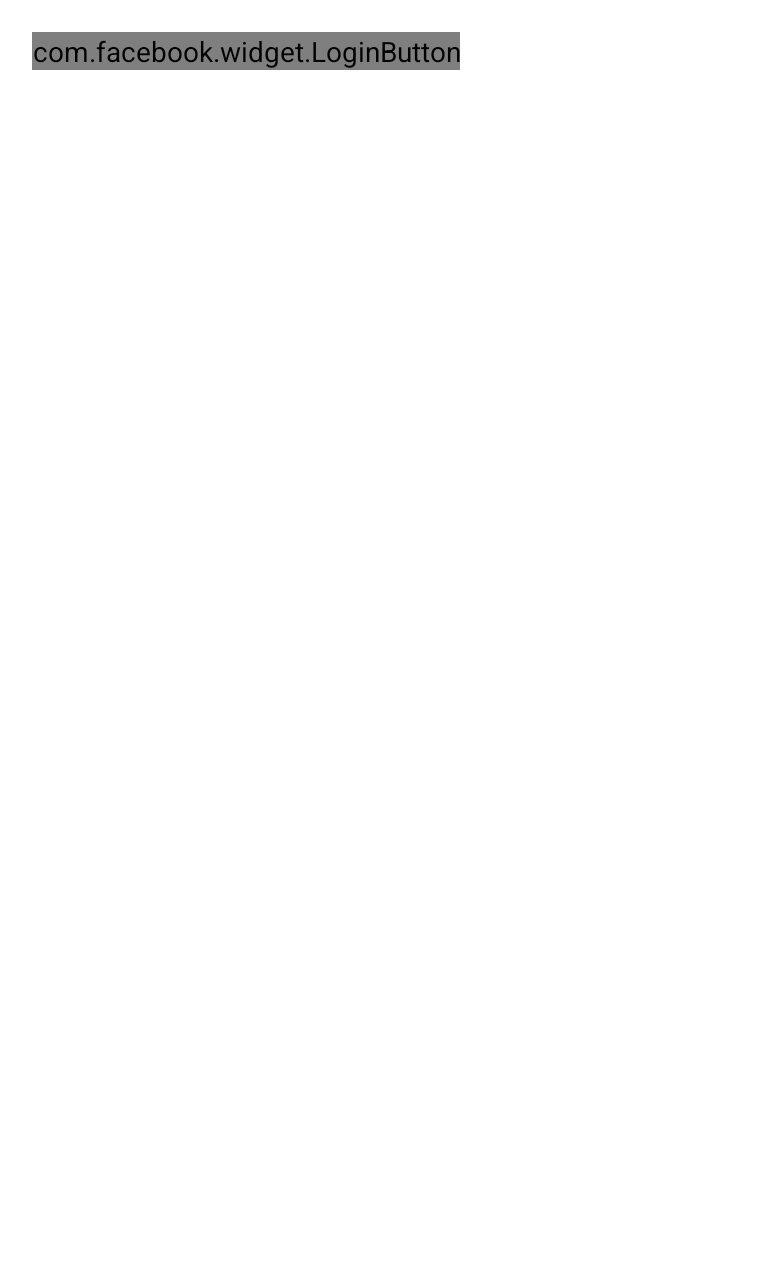
Repository: esteimanuel/ProjectEveryware-Android
Layout: nl.avans.glassy/res/layout/login.xml
An editor plug-in stored every save of this project. The layout is shown before and after the next save, followed by the edit.
Pictures or frames that could not be fetched are drawn as grey boxes. It is drawn on a 768 x 1280 px phone screen (xhdpi) without system bars, with theme AppTheme; the app's code is not run.

Above is the layout before, as saved 2014-04-22 15:56:19.

### nl.avans.glassy/res/layout/login.xml
<?xml version="1.0" encoding="utf-8"?>
<LinearLayout xmlns:android="http://schemas.android.com/apk/res/android"
    xmlns:tools="http://schemas.android.com/tools"
    android:id="@+id/loginFragment"
    android:layout_width="match_parent"
    android:layout_height="match_parent"
    android:paddingBottom="@dimen/activity_vertical_margin"
    android:paddingLeft="@dimen/activity_horizontal_margin"
    android:paddingRight="@dimen/activity_horizontal_margin"
    android:paddingTop="@dimen/activity_vertical_margin"
    android:orientation="vertical"
     >

    <EditText
        android:id="@+id/email"
        android:hint="@string/email"
        android:inputType="textEmailAddress" />

    <EditText
        android:id="@+id/password"
        android:hint="@string/password"
        android:inputType="textPassword" />

    <Button
        android:id="@+id/join"
        android:text="@string/join_action" />

    <com.facebook.widget.LoginButton
        android:id="@+id/facebookLogin"
        android:layout_width="wrap_content"
        android:layout_height="wrap_content" />

</LinearLayout>

### nl.avans.glassy/res/values/strings.xml
<?xml version="1.0" encoding="utf-8"?>
<resources>

    <string name="app_name">Glassy</string>
    <string name="action_settings">Settings</string>
    <string name="email">E-mail</string>
    <string name="password">Password</string>
    <string name="login">Log in</string>
    <string name="register">Register</string>
    <string name="join_action">Join</string>

</resources>

Loaded but not shown: nl.avans.glassy/res/values/styles.xml (common file); nl.avans.glassy/res/values-v11/styles.xml (common file); nl.avans.glassy/res/values-v14/styles.xml (common file); nl.avans.glassy/res/values/dimens.xml (common file); nl.avans.glassy/res/values-w820dp/dimens.xml (common file)

After the next save:
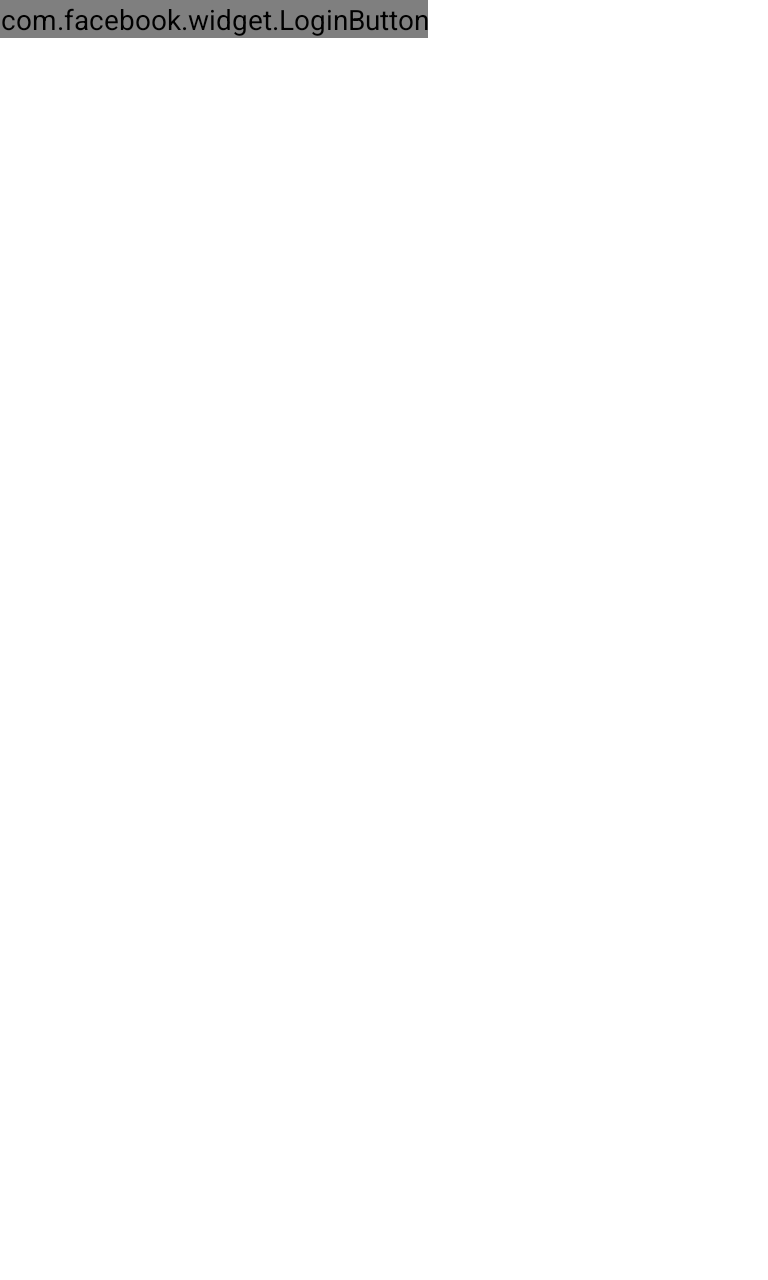
Saved 95 s later.
--- a/nl.avans.glassy/res/layout/login.xml
+++ b/nl.avans.glassy/res/layout/login.xml
@@ -1,15 +1,7 @@
 <?xml version="1.0" encoding="utf-8"?>
 <LinearLayout xmlns:android="http://schemas.android.com/apk/res/android"
-    xmlns:tools="http://schemas.android.com/tools"
-    android:id="@+id/loginFragment"
-    android:layout_width="match_parent"
-    android:layout_height="match_parent"
-    android:paddingBottom="@dimen/activity_vertical_margin"
-    android:paddingLeft="@dimen/activity_horizontal_margin"
-    android:paddingRight="@dimen/activity_horizontal_margin"
-    android:paddingTop="@dimen/activity_vertical_margin"
-    android:orientation="vertical"
-     >
+    android:layout_width="fill_parent"
+    android:layout_height="fill_parent" >
 
     <EditText
         android:id="@+id/email"
